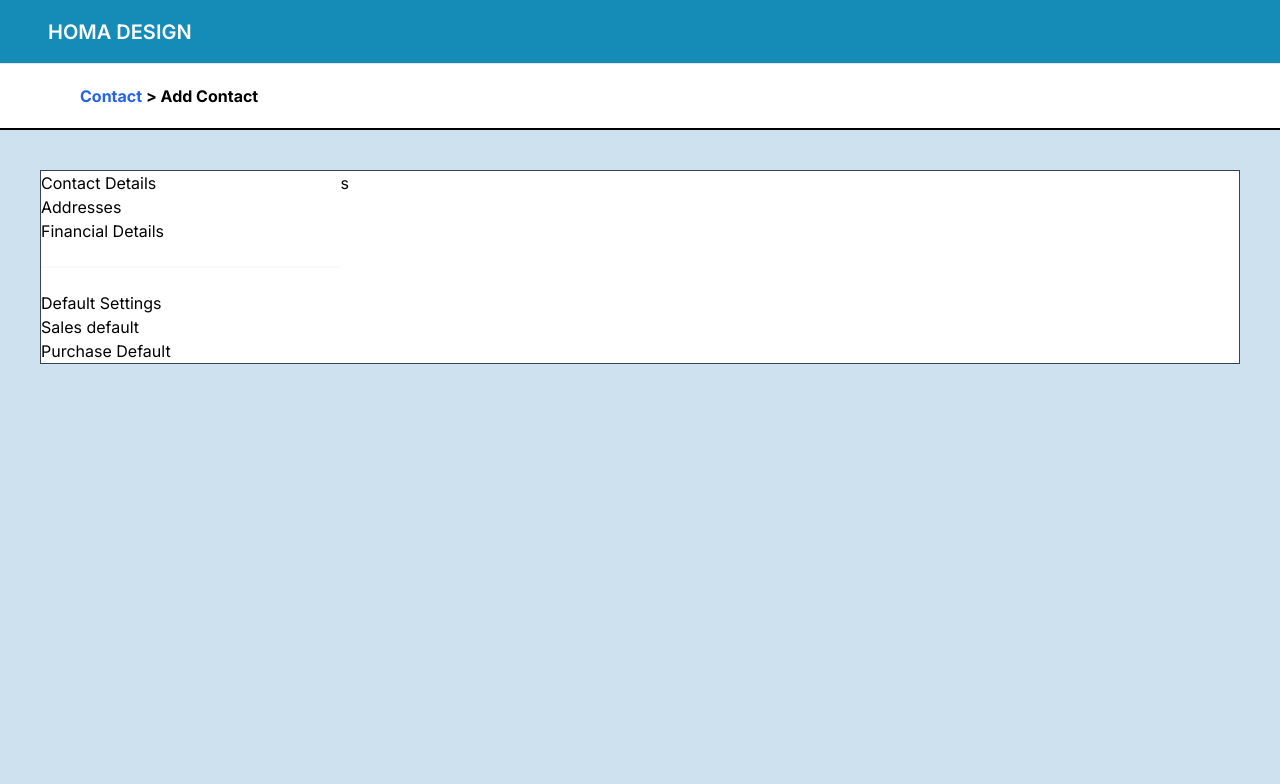
Repository: khairul35/homa-FE
Page: /contact, after clicking the first element matching `button.ml-5`
These files come from the project's save history. The page is drawn as it stood at one moment and after the next save; the edit follows.
The browser window is 1280 px wide. The pictures show the whole page.
The project was rebuilt for these pictures with package versions that can differ from the ones it lists, and the page was loaded fresh each time. The framework's server and built-in components were replaced by stand-ins that run in the browser. Also part of the build but not shown: next.config.js, app/components/layout/header/BusinessMenu.tsx, app/components/layout/header/CompanyMenu.tsx.

Above is the page before, as saved 2024-01-06 11:23:13.

### app/layout.tsx
import type { Metadata } from 'next'
import { Inter } from 'next/font/google'
import Header from './components/layout/Header';
import './globals.css'

const inter = Inter({ subsets: ['latin'] })

export const metadata: Metadata = {
  title: 'MyAccount2U',
  description: 'Accounting System',
}

export default function RootLayout({
  children,
}: {
  children: React.ReactNode
}) {
  return (
    <html lang="en">
      <body className={inter.className}>
        <div className='flex flex-col h-screen'>
          <Header />
          {children}
        </div>
      </body>
    </html>
  )
}

### app/contact/page.tsx
'use client';
import { useState } from 'react';
import { ComponentProps } from './index.props';
import Component from './index.component';
import ContactForm from './form';
import { FormProps } from './form/index.props';

const Contact = () => {
    const [currentTab, setCurrentTab] = useState('all');
    const [show, setShow] = useState<'list'|'form'>('list');
    const selectedStyle = {
        backgroundColor: '#ECECEC',
        borderBottom: '3px solid #158BB8',
    };

    const onClickAddContact = () => {
        setShow('form');
    };

    const componentProps: ComponentProps = {
        currentTab,
        selectedStyle,
        setCurrentTab,
        onClickAddContact
    };

    const contactFormProps: FormProps = {
        setShow,
    };

    if (show == 'list') {
        return (<Component {...componentProps} />);
    }
    if (show == 'form') {
        return (<ContactForm {...contactFormProps} />);
    }
    return(<></>);
};

export default Contact;

### app/components/layout/Header.tsx
'use client';

import Link from "next/link";
import BusinessMenu from "./header/BusinessMenu";
import CompanyMenu from "./header/CompanyMenu";
import OrganizationRepository from '@/api/organization';
import { useState, useEffect } from "react";
import { Organization } from "./props";
import { CompanyMenuProps } from "./header/props";

const Header = () => {
    const [organization, setOrganization] = useState<Partial<Organization>>({});
    const [organizations, setOrganizations] = useState<Organization[]>([]);

    const findMyOrganization = async () => {
        const { data } = await OrganizationRepository.findMyOrganization();
        setOrganization(data);
    };

    const findMyOrganizations = async () => {
        const { data } = await OrganizationRepository.findMyOrganizations();
        setOrganizations(data);
    };

    useEffect(() => {
        if (localStorage.getItem('isLogin') == 'true') {
            findMyOrganization();
            findMyOrganizations();
        }
    }, []);

    const companyMenuProps: CompanyMenuProps = {
        organizations,
        organization,
    };

    return (
        localStorage.getItem('isLogin') == 'true' ?
        <div
            className="navbar border-b shadow-black-200"
            style={{ backgroundColor: "#158BB8", color: "#fff" }}
        >
            <div className="navbar-start">
                <div className="dropdown">
                    <label tabIndex={0} className="btn -btn-ghost lg:hidden">
                        <svg
                            xmlns="http:www.w3.org/2000/svg"
                            className="h-5 2-5"
                            fill="none"
                            viewBox="0 0 24 24"
                            stroke="currentColor"
                        >
                            <path
                                strokeLinecap="round"
                                strokeLinejoin="round"
                                strokeWidth="2"
                                d="M4 6h16M4 12h8m-8 6h16"
                            />
                        </svg>
                    </label>
                    <ul
                        tabIndex={0}
                        className="menu menu-sm dropdown-content mt-3 z-[1] p-2 shadow bg-base-100 rounded-box w-52">
                        <li>
                            <Link href="/dashboard">Dashboard</Link>
                        </li>
                        <li>
                            <a>Parent</a>
                            <ul className="p-2">
                                <li><a>Submenu 1</a></li>
                                <li><a>Submenu 2</a></li>
                            </ul>
                        </li>
                        <li>
                            <a>Item 3</a>
                        </li>
                    </ul>
                </div>
                <div className="navbar-center hidden lg:flex">
                    <ul className="menu menu-horizontal px-1">
                        <li>
                            <Link href="/dashboard">Dashboard</Link>
                        </li>
                        <li tabIndex={0} style={{ zIndex: 2 }}>
                            <details>
                                <summary>Business</summary>
                                <BusinessMenu />
                            </details>
                        </li>
                        <li>
                            <Link href="/accounting">Accounting</Link>
                        </li>
                        <li>
                            <Link href="/contact">Contact</Link>
                        </li>
                    </ul>
                </div>
            </div>
            <div className="navbar-end">
                <a className="mr-4">
                    <svg xmlns="http://www.w3.org/2000/svg" width="20" height="20" viewBox="0 0 33 34" fill="none">
                        <path d="M16.497 14.3524C15.7961 14.3524 15.2148 13.8266 15.2148 13.1925V8.04214C15.2148 7.40801 15.7961 6.88214 16.497 6.88214C17.1978 6.88214 17.7791 7.40801 17.7791 8.04214V13.1925C17.7791 13.8421 17.1978 14.3524 16.497 14.3524Z" fill="white"/>
                        <path d="M16.5295 29.5566C12.119 29.5566 7.72562 28.9225 3.53739 27.6542C1.98177 27.1902 0.802227 26.1849 0.289383 24.9167C-0.223461 23.6484 -0.0525134 22.1945 0.785132 20.9263L2.95617 17.6473C3.43483 16.9204 3.86219 15.5594 3.86219 14.7087V11.4608C3.86219 5.13491 9.53767 0 16.5295 0C23.5213 0 29.1967 5.13491 29.1967 11.4608V14.7087C29.1967 15.5439 29.6241 16.9204 30.1028 17.6473L32.2738 20.9263C33.0773 22.1327 33.214 23.5711 32.6841 24.8857C32.1541 26.2004 30.9917 27.2057 29.5215 27.6542C25.3333 28.938 20.9399 29.5566 16.5295 29.5566ZM16.5295 2.33546C10.9565 2.33546 6.42641 6.43411 6.42641 11.4762V14.7242C6.42641 15.977 5.87938 17.7865 5.1614 18.8537L2.99036 22.1481C2.5459 22.8132 2.44333 23.5247 2.69975 24.1433C2.95617 24.762 3.53739 25.226 4.35794 25.4734C12.2215 27.8398 20.8716 27.8398 28.7352 25.4734C29.4703 25.2569 30.0344 24.762 30.2908 24.1124C30.5643 23.4628 30.4788 22.7513 30.0857 22.1481L27.9146 18.8692C27.1966 17.802 26.6496 15.9924 26.6496 14.7396V11.4917C26.6325 6.43411 22.1024 2.33546 16.5295 2.33546Z" fill="white"/>
                        <path d="M16.4942 33.5C14.665 33.5 12.8701 32.8195 11.5709 31.644C10.2717 30.4686 9.51953 28.8446 9.51953 27.1896H12.0838C12.0838 28.2414 12.5624 29.2622 13.3829 30.0046C14.2035 30.747 15.3317 31.18 16.4942 31.18C18.9216 31.18 20.9046 29.3859 20.9046 27.1896H23.4689C23.4689 30.6696 20.3405 33.5 16.4942 33.5Z" fill="white"/>
                    </svg>
                </a>
                <a className="mr-4">
                    <svg xmlns="http://www.w3.org/2000/svg" width="20" height="20" viewBox="0 0 34 36" fill="none">
                        <path d="M2 16.9625C2 8.69375 8.375 2 16.25 2" stroke="white" strokeWidth="3.17336" strokeLinecap="round" strokeLinejoin="round"/>
                        <path d="M30.502 16.9625C30.502 25.2312 24.127 31.925 16.252 31.925C10.642 31.925 5.78203 28.523 3.45703 23.5617" stroke="white" strokeWidth="3.17336" strokeLinecap="round" strokeLinejoin="round"/>
                        <path d="M20 6.72504H29" stroke="white" strokeWidth="3.17336" strokeLinecap="round" strokeLinejoin="round"/>
                        <path d="M20 11.45H24.5" stroke="white" strokeWidth="3.17336" strokeLinecap="round" strokeLinejoin="round"/>
                        <path d="M32 33.5L29 30.35" stroke="white" strokeWidth="3.17336" strokeLinecap="round" strokeLinejoin="round"/>
                    </svg>
                </a>
                <a className="mr-4">
                    <svg xmlns="http://www.w3.org/2000/svg" width="20" height="20" viewBox="0 0 34 34" fill="none">
                        <path d="M24.135 0H9.88192C3.69084 0 0 3.689 0 9.877V24.106C0 30.311 3.69084 34 9.88192 34H24.118C30.3091 34 33.9999 30.311 33.9999 24.123V9.877C34.0169 3.689 30.3261 0 24.135 0ZM27.2136 18.275H18.2841V27.2C18.2841 27.897 17.7058 28.475 17.0085 28.475C16.3111 28.475 15.7328 27.897 15.7328 27.2V18.275H6.80339C6.10604 18.275 5.52775 17.697 5.52775 17C5.52775 16.303 6.10604 15.725 6.80339 15.725H15.7328V6.8C15.7328 6.103 16.3111 5.525 17.0085 5.525C17.7058 5.525 18.2841 6.103 18.2841 6.8V15.725H27.2136C27.9109 15.725 28.4892 16.303 28.4892 17C28.4892 17.697 27.9109 18.275 27.2136 18.275Z" fill="white"/>
                    </svg>
                </a>
                <a className="mr-4">
                    <svg xmlns="http://www.w3.org/2000/svg" width="20" height="20" viewBox="0 0 49 50" fill="none">
                        <path d="M31.1171 15.8919C31.6121 16.9039 31.9046 18.0539 31.9046 19.2729C31.8821 23.3439 28.7546 26.6789 24.7946 26.7939C24.6371 26.7709 24.4346 26.7709 24.2546 26.7939C20.2946 26.6559 17.1445 23.3439 17.1445 19.2729C17.1445 15.1099 20.4296 11.7289 24.5246 11.7289" stroke="white" strokeWidth="3" strokeLinecap="round" strokeLinejoin="round"/>
                        <path d="M39.666 41.974C35.661 45.7229 30.351 47.9999 24.501 47.9999C18.6509 47.9999 13.3409 45.7229 9.33594 41.974C9.56094 39.812 10.9109 37.696 13.3184 36.04C19.4834 31.854 29.5635 31.854 35.6835 36.04C38.091 37.696 39.441 39.812 39.666 41.974Z" stroke="white" strokeWidth="3" strokeLinecap="round" strokeLinejoin="round"/>
                        <path d="M6.5 11.2C3.6875 15.0409 2 19.8249 2 24.9999C2 37.6958 12.08 47.9998 24.5 47.9998C36.92 47.9998 47 37.6958 47 24.9999C47 12.3039 36.92 2 24.5 2C21.2825 2 18.2 2.69 15.4325 3.95499" stroke="white" strokeWidth="3" strokeLinecap="round" strokeLinejoin="round"/>
                    </svg>
                </a>
                    <ul className="menu menu-horizontal px-1">
                        <li tabIndex={0} style={{ borderRadius: '5px', background: '#0E3265', zIndex: 2 }}>
                            <details>
                                <summary>
                                    {organization.name}
                                </summary>
                                <CompanyMenu {...companyMenuProps} />
                            </details>
                        </li>
                    </ul>
            </div>
        </div>
        :
        <div
            className="navbar border-b shadow-black-200"
            style={{ backgroundColor: "#158BB8", color: "#fff" }}
        >
            <h2 className="text-xl font-semibold pl-10">HOMA DESIGN</h2>
        </div>
    )
};

export default Header;

### app/contact/index.component.tsx
import { ComponentProps } from "./index.props";

const Component = (props: ComponentProps) => {
    const {
        currentTab,
        selectedStyle,
        onClickAddContact,
        setCurrentTab,
    } = props;

    return (
        (
            <main className="flex min-h-screen flex-col justify-between bg-bg-color">
                <div>
                    <div className="bg-white">
                        <div className="flex items-center justify-between px-4 sm:px-6 md:px-8">
                            <div className="flex items-center space-x-2">
                                <span
                                    className="hidden sm:inline font-semibold p-5 cursor-pointer"
                                    style={currentTab == 'all' ? selectedStyle : undefined }
                                    onClick={() => setCurrentTab('all')}
                                >
                                    All
                                </span>
                                <span
                                    className="hidden sm:inline font-semibold p-5 cursor-pointer"
                                    style={currentTab == 'customers' ? selectedStyle : undefined }
                                    onClick={() => setCurrentTab('customers')}
                                >
                                    Customers
                                </span>
                                <span
                                    className="hidden sm:inline font-semibold p-5 cursor-pointer"
                                    style={currentTab == 'suppliers' ? selectedStyle : undefined }
                                    onClick={() => setCurrentTab('suppliers')}
                                >
                                    Suppliers
                                </span>
                                <span
                                    className="hidden sm:inline font-semibold p-5 cursor-pointer"
                                    style={currentTab == 'archieved' ? selectedStyle : undefined }
                                    onClick={() => setCurrentTab('archieved')}
                                >
                                    Archieved
                                </span>
                                <span
                                    className="hidden sm:inline font-semibold p-5 cursor-pointer"
                                    style={currentTab == 'groups' ? selectedStyle : undefined }
                                    onClick={() => setCurrentTab('groups')}
                                >
                                    Groups
                                </span>
                            </div>
                            <div className="flex items-center">
                                <h2 className="hidden sm:block text-xl font-semibold">
                                    Contacts
                                </h2>
                                <div className="flex items-center ml-2">
                                    <button className="ml-5" onClick={onClickAddContact}>
                                        <svg xmlns="http://www.w3.org/2000/svg" width="30" height="30" viewBox="0 0 45 45" fill="none">
                                            <rect width="45" height="45" rx="2" fill="#8ACA2C"/>
                                            <path d="M37.25 19.75H34.25V16.75C34.25 16.3375 33.9125 16 33.5 16H32C31.5875 16 31.25 16.3375 31.25 16.75V19.75H28.25C27.8375 19.75 27.5 20.0875 27.5 20.5V22C27.5 22.4125 27.8375 22.75 28.25 22.75H31.25V25.75C31.25 26.1625 31.5875 26.5 32 26.5H33.5C33.9125 26.5 34.25 26.1625 34.25 25.75V22.75H37.25C37.6625 22.75 38 22.4125 38 22V20.5C38 20.0875 37.6625 19.75 37.25 19.75ZM18.5 22C21.8141 22 24.5 19.3141 24.5 16C24.5 12.6859 21.8141 10 18.5 10C15.1859 10 12.5 12.6859 12.5 16C12.5 19.3141 15.1859 22 18.5 22ZM22.7 23.5H21.9172C20.8766 23.9781 19.7188 24.25 18.5 24.25C17.2812 24.25 16.1281 23.9781 15.0828 23.5H14.3C10.8219 23.5 8 26.3219 8 29.8V31.75C8 32.9922 9.00781 34 10.25 34H26.75C27.9922 34 29 32.9922 29 31.75V29.8C29 26.3219 26.1781 23.5 22.7 23.5Z" fill="white"/>
                                        </svg>
                                    </button>
                                    <button className="ml-5">
                                        <svg xmlns="http://www.w3.org/2000/svg" width="6" height="20" viewBox="0 0 6 27" fill="none">
                                            <circle cx="2.75704" cy="2.75704" r="2.75704" fill="#494949"/>
                                            <circle cx="2.75704" cy="13.5002" r="2.75704" fill="#494949"/>
                                            <circle cx="2.75704" cy="24.2429" r="2.75704" fill="#494949"/>
                                        </svg>
                                    </button>
                                </div>
</div>

                        </div>
                    </div>
                    <div>
                        data
                    </div>
                </div>
            </main>
        )
    )
};

export default Component;

### app/contact/form/index.tsx
'use client';

import Component from "./index.component";
import { ComponentProps, FormProps } from "./index.props";

const ContactForm = (props: FormProps) => {
    const { setShow } = props;

    const onBack = () => {
        setShow('list');
    };

    const componentProps: ComponentProps = {
        onBack,
    };

    return (<Component {...componentProps} />)
};

export default ContactForm;

### api/organization/index.ts
import repository from "../repository";
import { CreateOrganizationProps, UpdateOrganizationProps } from "./props";

const resource = '/api/organization';

const api = {
    findMyOrganization() {
        return repository.get(`${resource}/me`);
    },
    findMyOrganizations() {
        return repository.get(`${resource}/me/all`);
    },
    createOrganization(body: CreateOrganizationProps) {
        return repository.post(`${resource}`, body);
    },
    updateOrganization(body: UpdateOrganizationProps) {
        return repository.put(`${resource}`, body);
    },
    updateCurrentOrganization(organizationId: number) {
        return repository.put(`${resource}/current-organization/${organizationId}`);
    },
};

export default api;

### app/contact/form/index.component.tsx
import { ComponentProps } from "./index.props"

const Component = (props: ComponentProps) => {
    const { onBack } = props;
    return (
        <div className="bg-bg-color min-h-screen overflow-auto pb-5">
            <div className="bg-white border-b-2 border-black">
                <h1 className="pl-20 pt-5 pb-5 text-l font-bold">
                    <a
                        className="text-blue-600 cursor-pointer"
                        onClick={() => onBack()}
                    >
                        Contact
                    </a>
                    &nbsp;&gt; Add Contact
                </h1>
            </div>
            <div
                className="flex
                    flex-col
                    md:flex-row
                    bg-white
                    m-10
                    border-gray-700
                    border-solid
                    border"
                >
                <div className="md:w-1/4 md:order-1">
                    <div>
                        Contact Details
                    </div>
                    <div>
                        Addresses
                    </div>
                    <div>
                        Financial Details
                    </div>
                    <div className="divider"></div>
                    <div>
                        Default Settings
                    </div>
                    <div>
                        Sales default
                    </div>
                    <div>
                        Purchase Default
                    </div>
                </div>
                <div className="md:w-3/4 md:order-2">
                    s
                </div>
            </div>
        </div>
    );
};

export default Component;

### api/repository.ts
import axios from 'axios';
import AuthRepository from './auth';

const repository = axios.create({
    baseURL: 'http://localhost:3000',
});

// Request interceptor to add Bearer token to outgoing requests
repository.interceptors.request.use(
    (config) => {
        const accessToken = localStorage.getItem('accessToken');
        if (accessToken) {
            config.headers.Authorization = `Bearer ${accessToken}`;
        }
        return config;
    },
    (error) => {
        return Promise.reject(error);
    }
);

let isRefreshing = false;
let failedQueue: any = [];

// Function to refresh the session and retry failed requests
async function retryFailedRequests(error: any) {
    if (isRefreshing) {
        try {
            const { data } = await AuthRepository.refreshToken();
            localStorage.setItem('accessToken', data.accessToken);
            localStorage.setItem('refreshToken', data.refreshToken);
            localStorage.setItem('isLogin', 'true');
            failedQueue.forEach((prom: any) => {
                prom.resolve(repository(prom.originalRequest));
            });
            failedQueue = [];
        } catch (error) {
            localStorage.setItem('isLogin', 'false');
            window.location.href = '/login';
            failedQueue.forEach((prom: any) => {
                prom.reject(error);
            });
            failedQueue = [];
        } finally {
            isRefreshing = false;
        }
    }
}

// Response interceptor to handle failed requests due to expired tokens
repository.interceptors.response.use(
    (response) => response,
    async (error) => {
        const {
            config,
            response: { status },
        } = error;

        if (status === 401) {
            const originalRequest = config;
            if (!isRefreshing) {
                isRefreshing = true;
                return new Promise((resolve, reject) => {
                    failedQueue.push({ resolve, reject, originalRequest });
                    retryFailedRequests(error);
                }).then((res) => {
                    return res;
                }).catch((err) => {
                    return Promise.reject(err);
                });
            } else {
                return new Promise((resolve, reject) => {
                    failedQueue.push({ resolve, reject, originalRequest });
                }).then((res) => {
                    return res;
                }).catch((err) => {
                    return Promise.reject(err);
                });
            }
        }
        return Promise.reject(error.response);
    }
);

export default repository;

### api/auth.ts
import repository from "./repository";

const resource = "/api/auth";

const api = {
    login(username: string, password: string) {
        return repository.post(
            `${resource}/login`,
            { username, password },
        );
    },
    refreshToken() {
        return repository.post(
            `${resource}/refreshToken`,
            { refreshToken: localStorage.getItem('refreshToken') },
        );
    },
    logout() {
        return repository.post(`${resource}/logout`);
    },
    logoutAllDevice() {
        return repository.post(`${resource}/logout/all-device`);
    },
};

export default api;

### tailwind.config.ts
import type { Config } from 'tailwindcss'

const config: Config = {
  content: [
    './pages/**/*.{js,ts,jsx,tsx,mdx}',
    './components/**/*.{js,ts,jsx,tsx,mdx}',
    './app/**/*.{js,ts,jsx,tsx,mdx}',
  ],
  theme: {
    extend: {
      backgroundImage: {
        'gradient-radial': 'radial-gradient(var(--tw-gradient-stops))',
        'gradient-conic':
          'conic-gradient(from 180deg at 50% 50%, var(--tw-gradient-stops))',
      },
      backgroundColor: {
        'bg-color': '#CEE1EE', // Define a custom background color class
      },
      button: {
        'primary': '#158BB8',
      },
      fontWeight: {
        'label': '600',
      },
    },
  },
  plugins: [require("daisyui")],
  daisyui: {
    themes: [
      {
        mytheme: {
          "primary": "#158BB8",
          "secondary": "#d926a9",
          "accent": "#1fb2a6",
          "neutral": "#2a323c",
          "base-100": "#1d232a",
          "info": "#3abff8",
          "success": "#36d399",
          "warning": "#fbbd23",
          "error": "#f87272",
        },
      },
    ],
  },
}
export default config

Loaded but not shown: app/globals.css (common file)

After the next save:
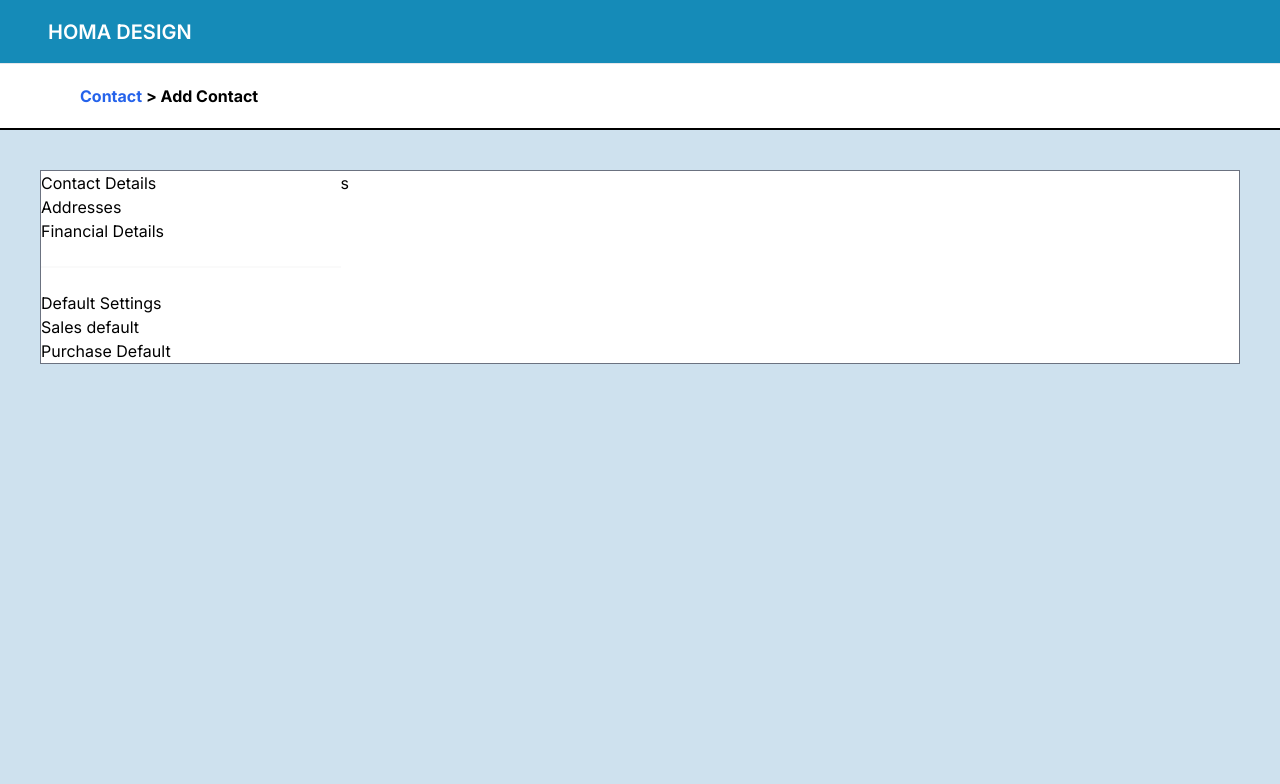
Saved 7 s later.
--- a/app/contact/form/index.component.tsx
+++ b/app/contact/form/index.component.tsx
@@ -21,7 +21,7 @@ const Component = (props: ComponentProps) => {
                     md:flex-row
                     bg-white
                     m-10
-                    border-gray-700
+                    border-gray-500
                     border-solid
                     border"
                 >
